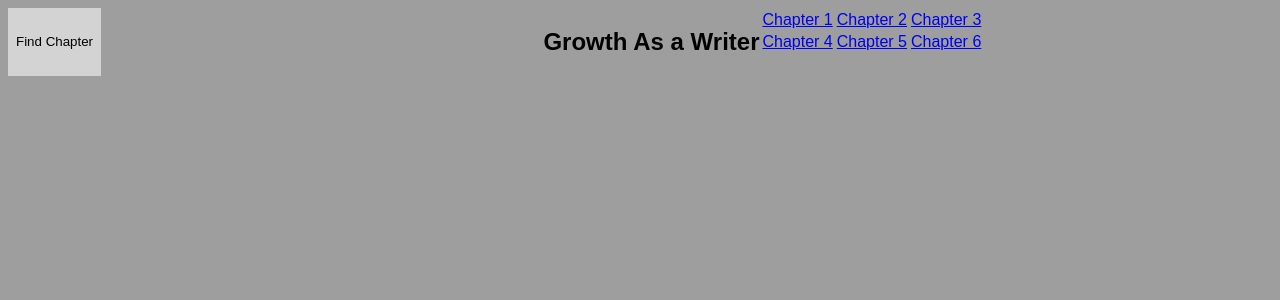
Repository: jpaisiem/WP-4
Page: index.html
An editor plug-in stored every save of this project. The page is shown before and after the next save, followed by the edit.
The browser window is 1280 px wide. The pictures show the whole page.

Above is the page before, as saved 2025-04-29 12:00:44.

### index.html
<!DOCTYPE html>
<html>
<head>
<meta name="viewport" content="width=device-width, initial-scale=1">
<style>
    body{
        background-color: #9e9e9e;
        font-family: Arial, sans-serif;
    }
.collapsible {
  background-color: #777;
  color: white;
  cursor: pointer;
  padding: 18px;
  width: 100%;
  border: none;
  text-align: left;
  outline: none;
  font-size: 15px;
}

.active, .collapsible:hover {
  background-color: #555;
}
.content {
  padding: 0 18px;
  display: none;
  overflow: hidden;
  background-color: #f1f1f1;
}
</style>
</head>
<body>
<div style=" text-align: left; display: flex; flex-direction: row;"><button style="margin-right: 35%; background-color: lightgray; border-color: transparent;">Find Chapter</button><h2>Growth As a Writer</h2>
  <br>
  <br>
  <br>
    <span class="popup_text" id="myPopup"> <table>
    <tr>
      <td><a href="#">Chapter 1</a></td>
      <td><a href="#">Chapter 2</a></td>
      <td><a href="#">Chapter 3</a></td>
    </tr>
    <tr>
      <td><a href="#">Chapter 4</a></td>
      <td><a href="#">Chapter 5</a></td>
      <td><a href="#">Chapter 6</a></td>
    </tr>
  </table></span>
</div>

<script>
// When the user clicks on div, open the popup
function myFunction() {
  var popup = document.getElementById("myPopup");
  popup.classList.toggle("show");
}
</script>

</body>
</html>

After the next save:
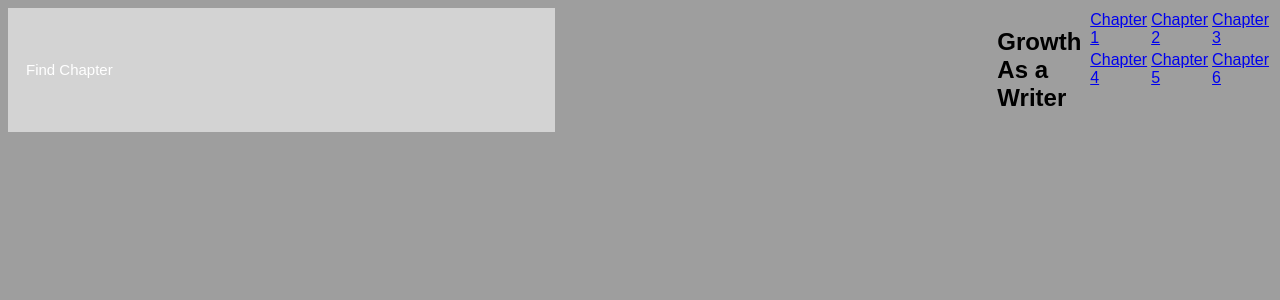
Saved 31 s later.
--- a/index.html
+++ b/index.html
@@ -31,7 +31,7 @@
 </style>
 </head>
 <body>
-<div style=" text-align: left; display: flex; flex-direction: row;"><button style="margin-right: 35%; background-color: lightgray; border-color: transparent;">Find Chapter</button><h2>Growth As a Writer</h2>
+<div style=" text-align: left; display: flex; flex-direction: row;"><button type="button" class="collapsible" style="margin-right: 35%; background-color: lightgray; border-color: transparent;">Find Chapter</button><h2>Growth As a Writer</h2>
   <br>
   <br>
   <br>
